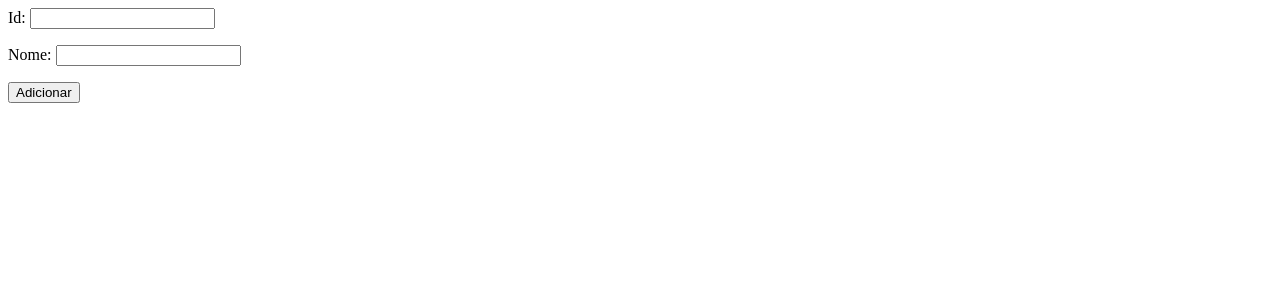
Repository: lmsmorais/ProjectEpiousion
Page: http://localhost/LibraryProject/adicionarLivro.jsp
These files come from the project's save history. The page is drawn as it stood at one moment and after the next save; the edit follows.
The browser window is 1280 px wide. The pictures show the whole page.
The page is served by Tomcat 9.

Above is the page before, as saved 2020-11-10 14:43:05.

After the next save:
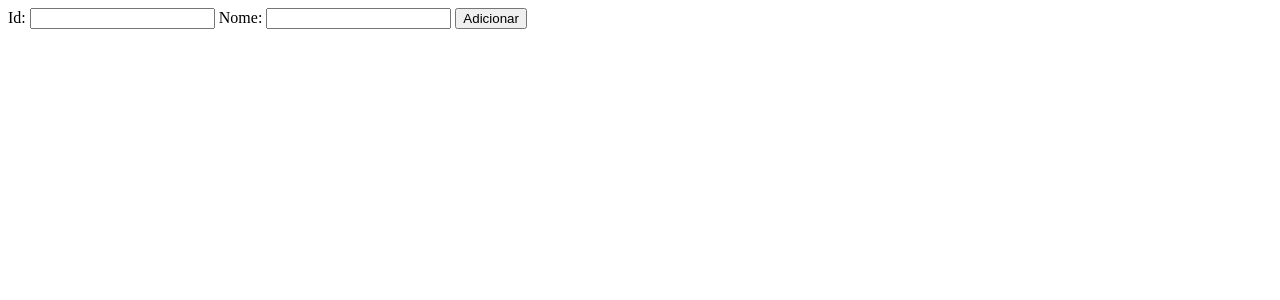
Saved 44 s later.
--- a/LibraryProject/WebContent/adicionarLivro.jsp
+++ b/LibraryProject/WebContent/adicionarLivro.jsp
@@ -7,15 +7,10 @@
 <title>Adicionar Livro</title>
 </head>
 <body>
-
 	<form method="post" action="LivroServlet">
-
 		Id: <input type="text" name="id"/>
-		<p>
 		Nome: <input type="text" name="nome"/>
-		<p>
 		<input type="submit" value="Adicionar"/>
-
 	</form>
 </body>
 </html>
